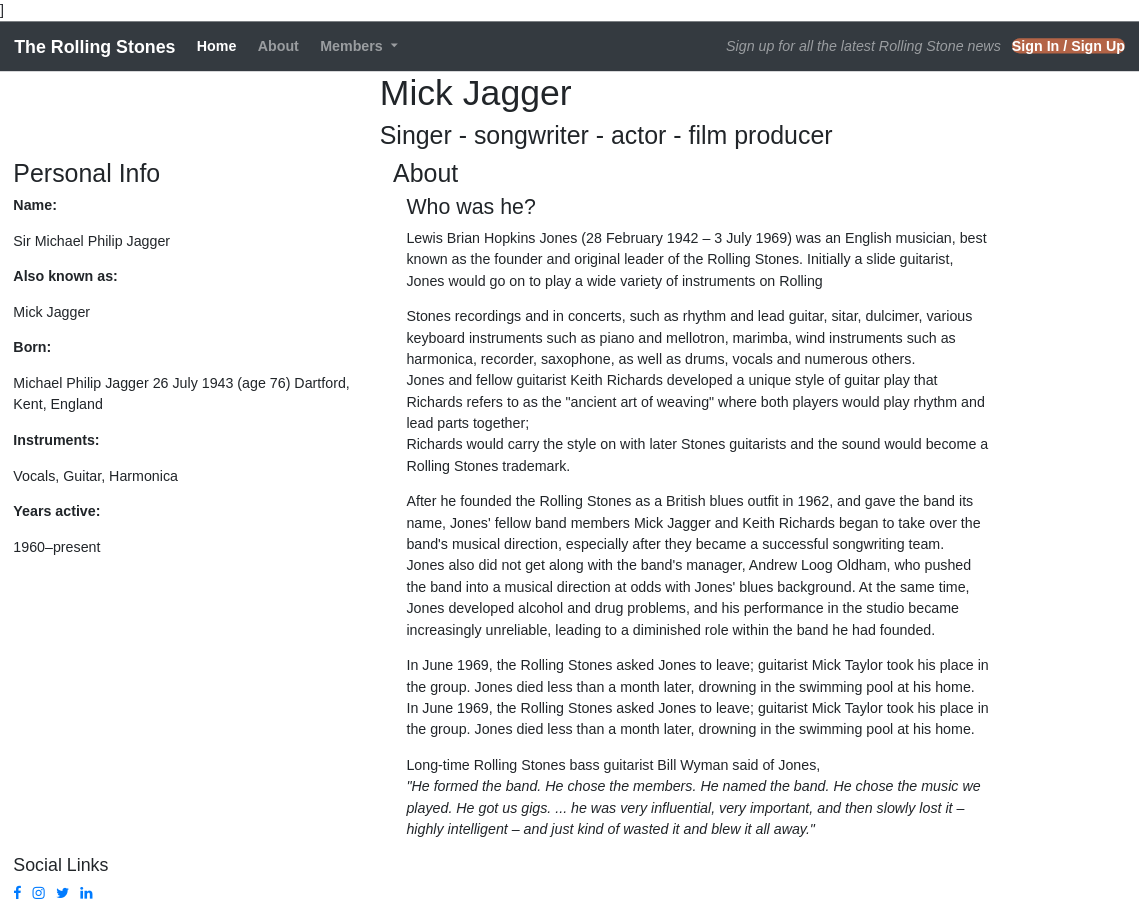
Repository: TecDruid/rolling-stones-fan-site
Page: mick-jagger.html
The author's editor kept a record of every edit. The page is drawn from the files as they stood at one moment, then again after the next edit.
The browser window is 1280 px wide. The pictures show the whole page, at 89% of full size.
Some web fonts or font styles are not loaded; a fallback is used. Some web libraries are served in a nearby version.

Above is the page before.

After the next edit:
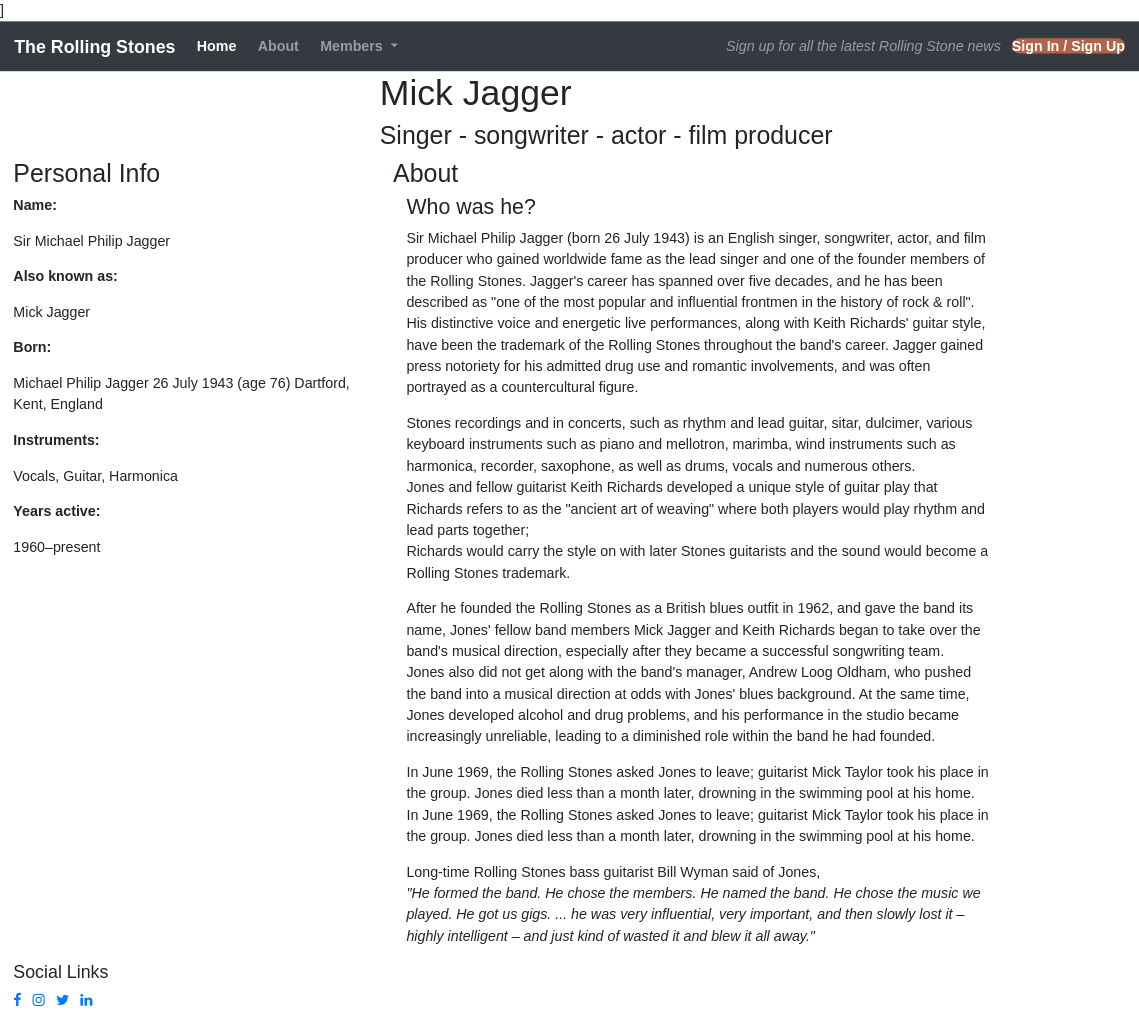
The edit:
--- a/mick-jagger.html
+++ b/mick-jagger.html
@@ -157,7 +157,7 @@
                 <div class="col-10">
                     <h4 class="three-reasons-heading uppercase">Who was he?</h4>
                     <p>
-                        Lewis Brian Hopkins Jones (28 February 1942 – 3 July 1969) was an English musician, best known as the founder and original leader of the Rolling Stones. Initially a slide guitarist, Jones would go on to play a wide variety of instruments on Rolling
+                       Sir Michael Philip Jagger (born 26 July 1943) is an English singer, songwriter, actor, and film producer who gained worldwide fame as the lead singer and one of the founder members of the Rolling Stones. Jagger's career has spanned over five decades, and he has been described as "one of the most popular and influential frontmen in the history of rock & roll". His distinctive voice and energetic live performances, along with Keith Richards' guitar style, have been the trademark of the Rolling Stones throughout the band's career. Jagger gained press notoriety for his admitted drug use and romantic involvements, and was often portrayed as a countercultural figure.
                     </p>
 
                     <p>
